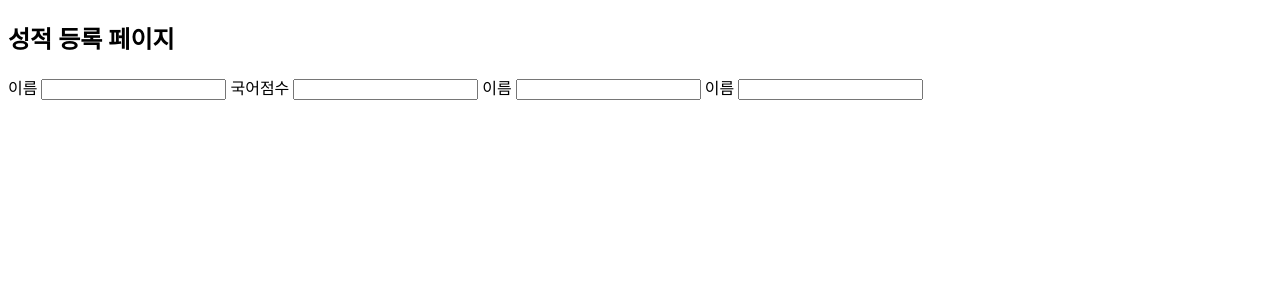
Repository: shinymusket/ideal-memory2
Page: homework07/WebContent/scoreReg.html
These files come from the project's save history. The page is drawn as it stood at one moment and after the next save; the edit follows.
The browser window is 1280 px wide. The pictures show the whole page.

Above is the page before, as saved 2022-06-15 00:27:02.

### homework07/WebContent/scoreReg.html
<!DOCTYPE html>
<html>
<head>
<meta charset="UTF-8">
<title>성적 등록 페이지</title>
</head>
<body>
	<h2>성적 등록 페이지</h2>
	<form action="" method="post">
		<label for="name">이름</label>
		<input type="text" id="name" name="name">
		<label for="name">국어점수</label>
		<input type="text" id="name" name="name">
		<label for="name">이름</label>
		<input type="text" id="name" name="name">
		<label for="name">이름</label>
		<input type="text" id="name" name="name">

	</form>
</body>
</html>

After the next save:
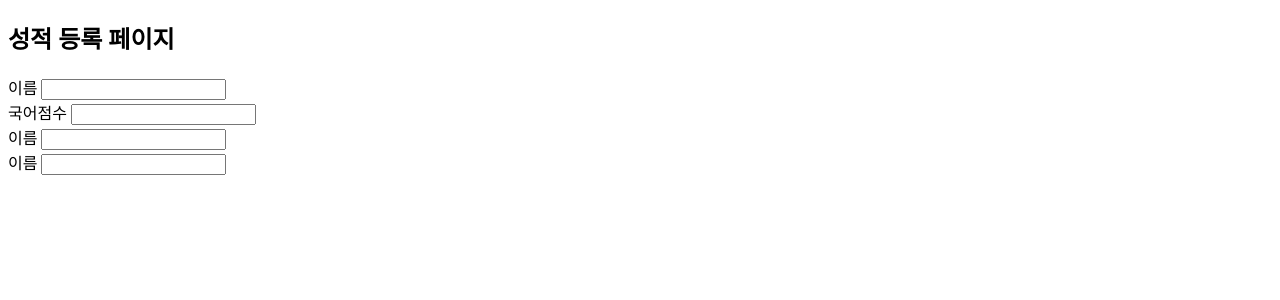
Saved 8 s later.
--- a/homework07/WebContent/scoreReg.html
+++ b/homework07/WebContent/scoreReg.html
@@ -8,13 +8,13 @@
 	<h2>성적 등록 페이지</h2>
 	<form action="" method="post">
 		<label for="name">이름</label>
-		<input type="text" id="name" name="name">
+		<input type="text" id="name" name="name"><br>
 		<label for="name">국어점수</label>
-		<input type="text" id="name" name="name">
+		<input type="text" id="name" name="name"><br>
 		<label for="name">이름</label>
-		<input type="text" id="name" name="name">
+		<input type="text" id="name" name="name"><br>
 		<label for="name">이름</label>
-		<input type="text" id="name" name="name">
+		<input type="text" id="name" name="name"><br>
 
 	</form>
 </body>
